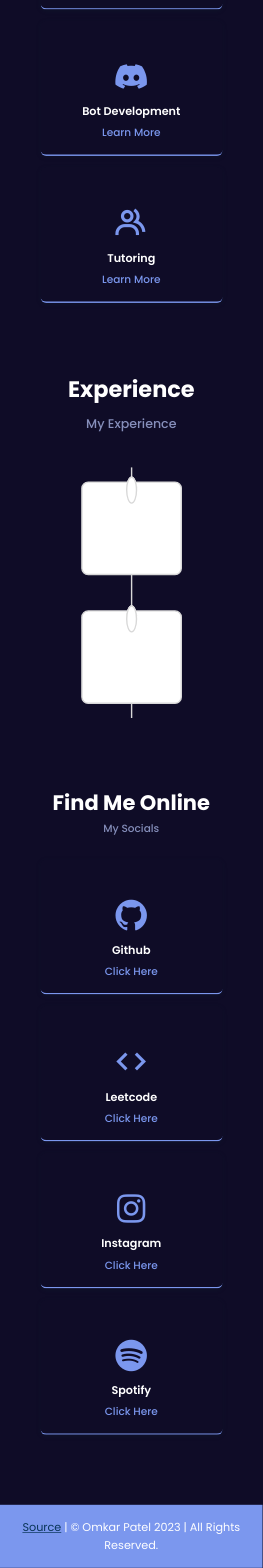
Repository: omkarxpatel/Omkar-Portfolio
Page: src/index.html
The author's editor kept a copy of each file at every save. The page is drawn from the files as they stood at one save, then again after the next save.
The browser window is 375 px wide. The pictures show the part of the page from y = 2934 to 5174 px (the page is 5174 px tall before and 5108 px after), at 70% of full size.
A picture or video elsewhere on the page could not be fetched, so the positions and the page height are approximate.

Above is the page before, as saved 2023-03-26 12:41:35.

After the next save:
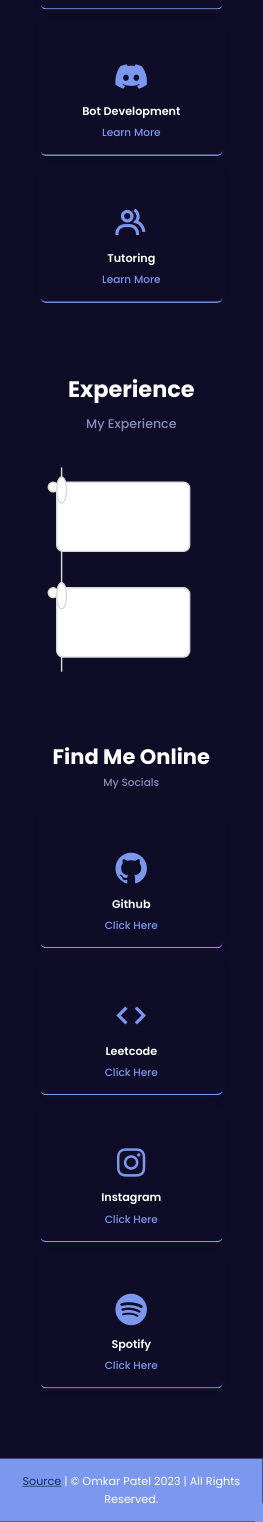
Saved 8 s later.
--- a/src/style.css
+++ b/src/style.css
@@ -685,4 +685,33 @@ form textarea {
   margin-bottom: 5px;
 }
 
-.experience .timeline-item .
+.experience .timeline-item .timeline-date {
+  font-size: 14px;
+  margin-bottom: 0;
+  }
+
+  @media screen and (max-width: 767px) {
+  .experience .timeline::after {
+  left: 20px;
+  }
+
+  .experience .timeline-item::after {
+  left: 8px;
+  }
+
+  .experience .timeline-item .timeline-icon {
+  left: 20px;
+  }
+
+  .experience .timeline-item .timeline-content {
+  width: 70%;
+  margin-left: 10%;
+  }
+  }
+
+  @media screen and (max-width: 575px) {
+  .experience .timeline-item .timeline-content {
+  width: 80%;
+  margin-left: 5%;
+  }
+  }
